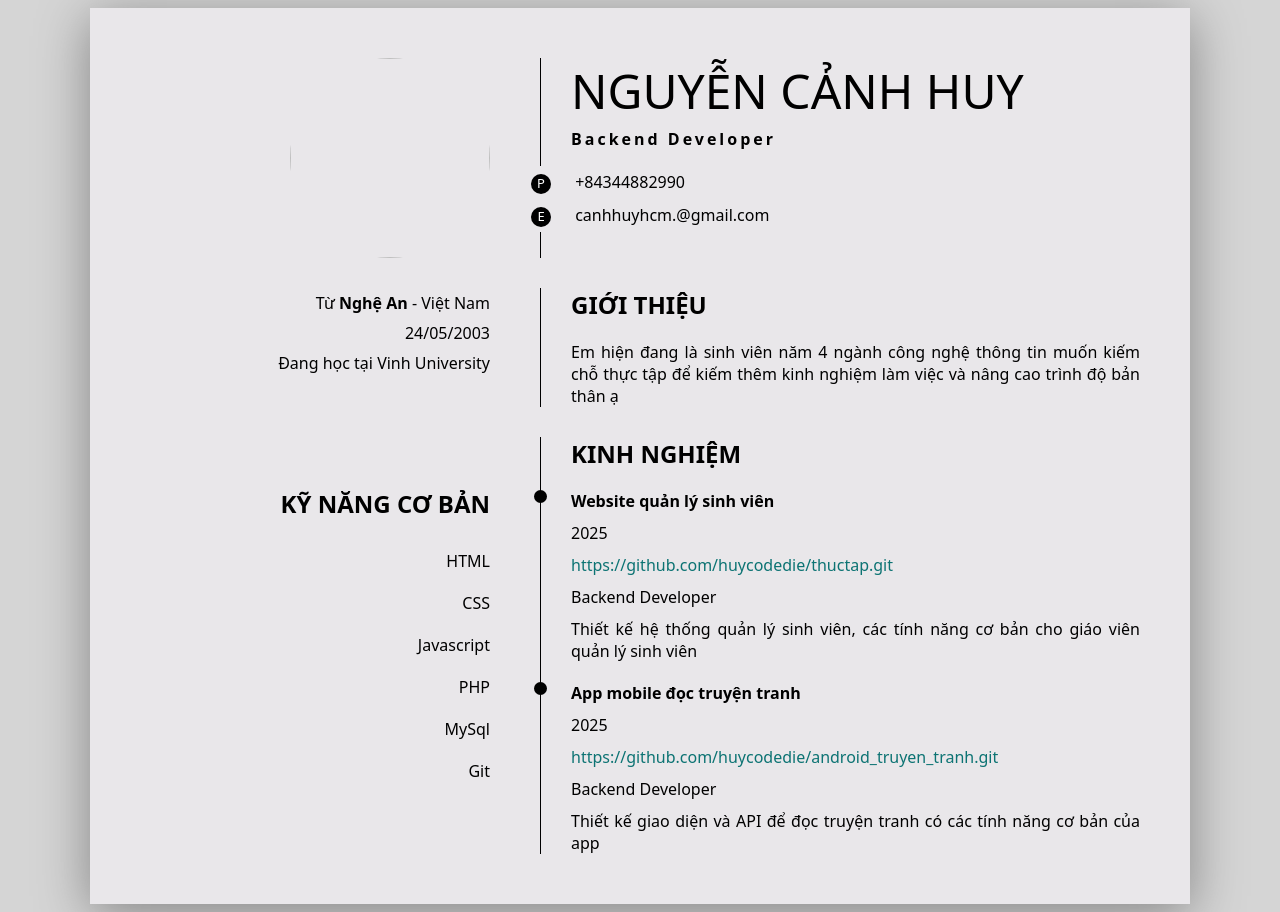
Repository: huycodedie/cv-intern
Page: index.html
An editor plug-in stored every save of this project. The page is shown before and after a run of saves, followed by the edit.
The browser window is 1280 px wide. The pictures show the whole page.

Above is the page before, as saved 2025-07-05 23:41:15.

### index.html

    <!DOCTYPE html>
    <html lang="en">
    <head>
        <meta charset="UTF-8">
        <meta http-equiv="X-UA-Compatible" content="IE=edge">
        <meta name="viewport" content="width=device-width, initial-scale=1.0">
        <title>Document</title>
        <link rel="stylesheet" href="style.css">
        <link rel="stylesheet" href="https://cdnjs.cloudflare.com/ajax/libs/font-awesome/6.2.1/css/all.min.css">
    </head>
    <body>
        <div class="container">
           <div class="avatar">
            <img src="" alt="">
           </div>
           <div class="name">
                <h1>NGUYỄN CẢNH HUY</h1>
                <div class="specialize"> Backend Developer</div>
                <ul class="contact">
                    <li>
                        <span>P</span> +84344882990
                    </li>
                    <li>
                        <span>E</span> canhhuyhcm.@gmail.com
                    </li>
                </ul>
           </div>
           <div class="info">
                <ul>
                    <li>Từ <b>Nghệ An</b> - Việt Nam</li>
                    <li>24/05/2003</li>
                    <li>Đang học tại Vinh University</li>
                </ul>
           </div>
           <div class="intro">
            <h2>GIỚI THIỆU</h2>
            Em hiện đang là sinh viên năm 4 ngành công nghệ thông tin muốn kiếm chỗ thực tập để kiếm thêm kinh nghiệm làm việc và nâng cao trình độ bản thân ạ
           </div>
           <div class="experience">
                <h2 class="skills">
                    KỸ NĂNG CƠ BẢN
                </h2>
                <ul>
                    <li>HTML</li>
                    <li>CSS</li>
                    <li>Javascript</li>
                    <li>PHP</li>
                    <li>MySql</li>
                    <li>Git</li>
                </ul>

           </div>
           <div class="project">
            <h2>KINH NGHIỆM</h2>
            <div class="item">
                <h4>Website quản lý sinh viên</h4>
                <div class="time">
                    2025
                </div>
                <div class="web">
                    https://github.com/huycodedie/thuctap.git
                </div>
                <div class="location">
                     Backend Developer
                </div>
                <div class="des">
                    Thiết kế hệ thống quản lý sinh viên, các tính năng cơ bản cho giáo viên quản lý sinh viên
                </div>
            </div>

            <div class="item">
                <h4>App mobile đọc truyện tranh</h4>
                <div class="time">
                    2025
                </div>
                <div class="web">
                    https://github.com/huycodedie/android_truyen_tranh.git
                </div>
                <div class="location">
                     Backend Developer
                </div>
                <div class="des">
                    Thiết kế giao diện và API để đọc truyện tranh có các tính năng cơ bản của app
                </div>
            </div>


            </div>
           </div>
        </div>

    </body>
    </html>

### style.css

    body{
        background-color: #D5D5D5;
        font-family: system-ui;
    }
    .container{
        background-color: #E9E7EA;
        width:1000px;
        max-width: 100%;
        margin:auto;
        padding:50px;
        box-shadow: 0 10px 50px #858585;
        display: grid;
       grid-template-columns: 35% 60%;
       column-gap: 5%;
       row-gap: 30px;
    }

    .avatar img{
        width:200px;
        height:200px;
        object-fit: cover;
        border-radius: 50%;
    }
    .avatar{
        display: flex;
        justify-content: end;
        align-items: center;
    }
    .name{
        padding-left: 30px;
        border-left:1px solid #000;
    }
    .name h1{
        font-weight: 300;
        font-size: xxx-large;
        margin:0px 0 5px ;
    }
    .name .specialize{
        margin:0;
        font-weight: bold;
        letter-spacing: 3px;
    }
    .name .contact{
        padding:0;
        list-style: none;
    }
    .name .contact span{
        display: inline-block;
        background-color: #000;
        width:20px;
        height:20px;
        color:#fff;
        text-align: center;
        border-radius: 50%;
        font-size: small;
        margin-right: 20px;
    }
    .name .contact li{
        padding:5px 0;
        transform: translate(-40px);
        background-color: #E9E7EA;
    }
    .info ul{
        padding: 0;
        margin: 0;
        list-style: none;
        text-align: right;
        line-height: 30px;
    }

    h2{
        padding:0;
        margin: 0 0 20px 0;
    }
    .intro{
        padding-left: 30px;
        border-left: 1px solid #000;
        text-align: justify;
    }
    .experience{
        text-align: right;
    }
    .experience h4{
        margin:20px 0 10px;
    }
    .skills{
        margin-top:  50px;
    }
    .experience ul{
        padding:0;
        margin: 0;
    list-style: none;
    }
    .experience li{
        padding:10px 0;
    }
    .project{
        padding-left: 30px;
        text-align: justify;
        border-left: 1px solid #000;
    }
    .project h4{
        margin:20px 0 10px;
    }
    .project .web{
        color: #0c7373;
        padding:10px 0;
    }
    .project .location{
        font-weight: 500;
        padding-bottom:10px;
    }
    .project .item{
        position: relative;
    }
    .project .item::before{
        position: absolute;
        width:13px;
        height: 13px;
        background-color: #000;
        content: '';
        border-radius: 50%;
        left: -37px;
    }

After the next 2 saves:
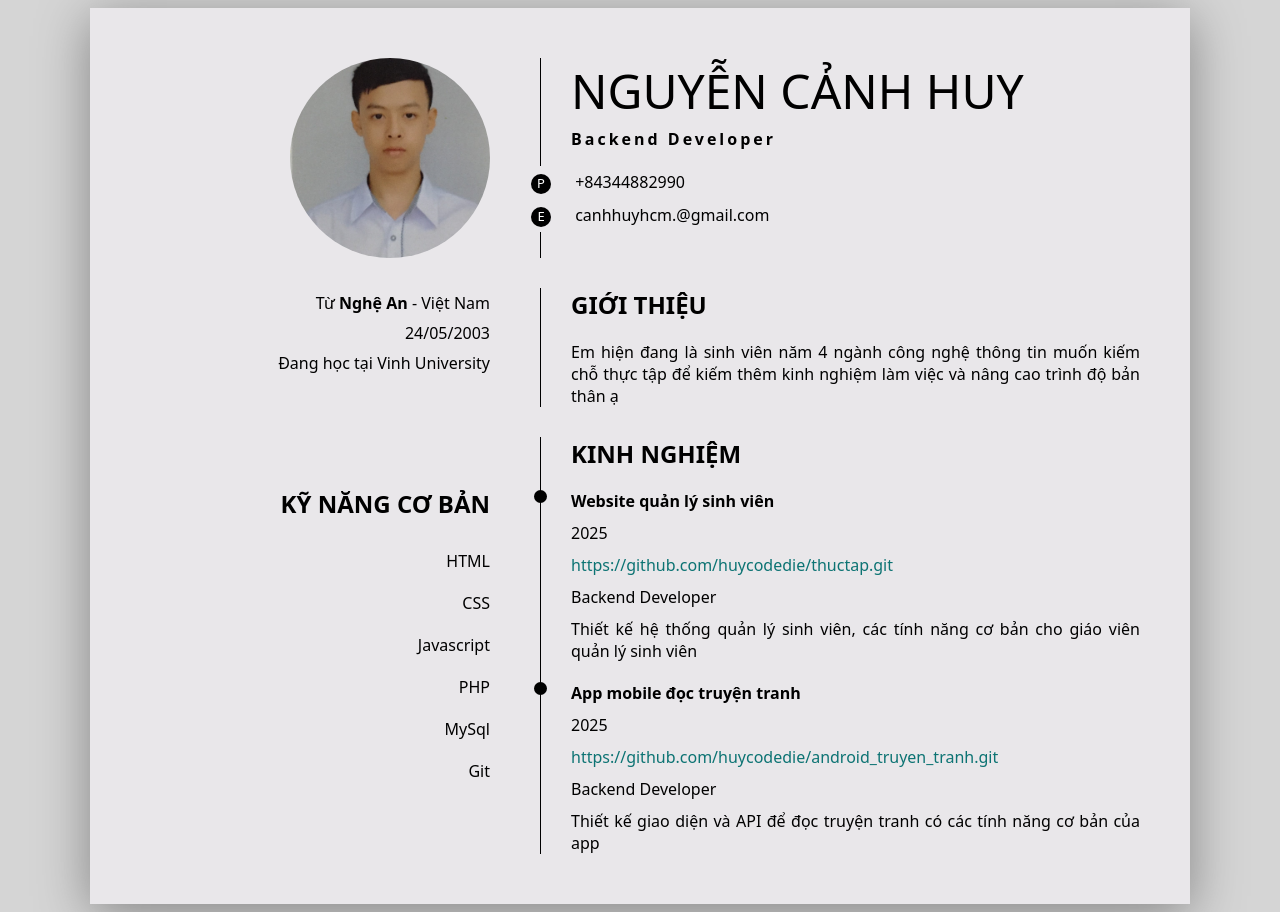
The 2 saves are shown as one change because they came seconds apart.
The last was saved 11 min 44 s later.
--- a/index.html
+++ b/index.html
@@ -12,7 +12,7 @@
     <body>
         <div class="container">
            <div class="avatar">
-            <img src="" alt="">
+            <img src="imager/2021_08_13_10_17_2A3D049A-62B5-45BB-896D-388F44E5FA5E.JPG" alt="">
            </div>
            <div class="name">
                 <h1>NGUYỄN CẢNH HUY</h1>
